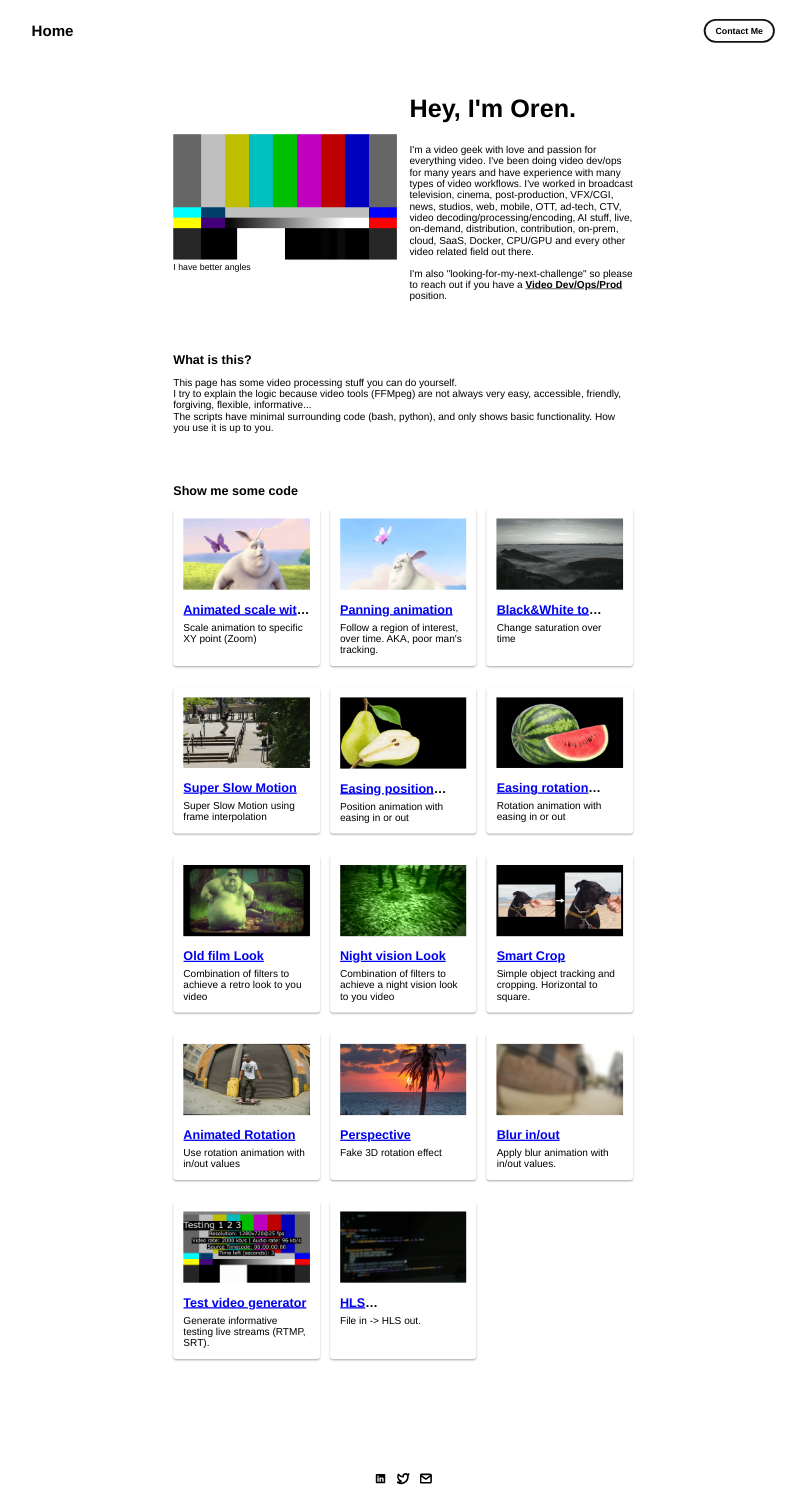
Repository: OrenShalmy/orenshalmy.github.io
Page: index.html
These files come from the project's save history. The page is drawn as it stood at one moment and after the next save; the edit follows.
The browser window is 1280 px wide. The pictures show the whole page, at 63% of full size.

Above is the page before, as saved 2024-09-30 23:04:38.

After the next save:
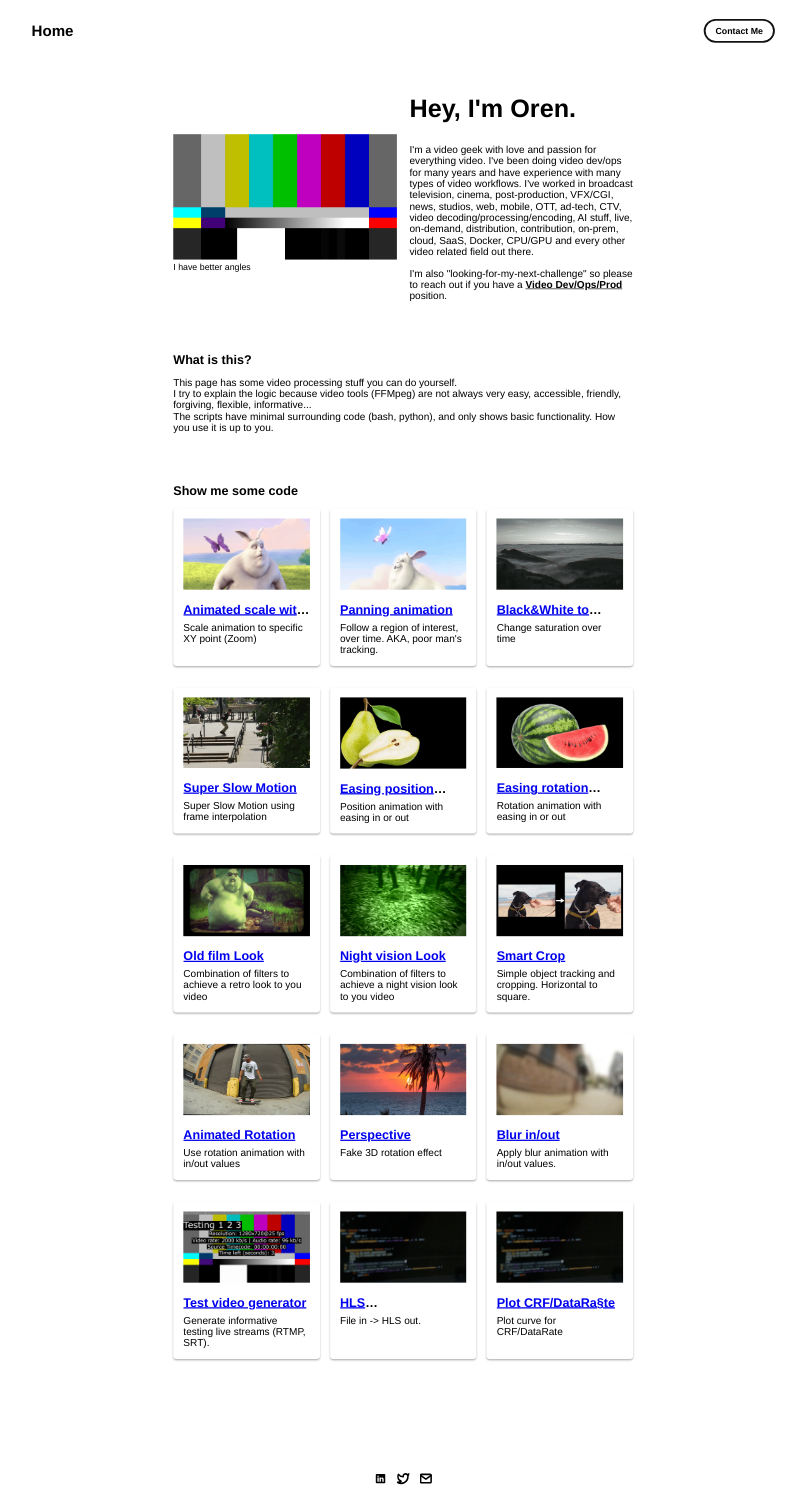
Saved 78 s later.
--- a/index.html
+++ b/index.html
@@ -252,6 +252,15 @@
             </div>
           </div>
 
+          <div class="project-card">
+            <img src="assets/media/hls.gif" />
+            <div class="project-card-text-container">
+              <div class="subheader-text project-title">
+                <a href="project-pages/hls.html">Plot CRF/DataRa§te</a>
+              </div>
+              <div class="body-text project-card-text">Plot curve for CRF/DataRate</div>
+            </div>
+          </div>
           <!-- <div class="project-card">
           <img src="assets/media/zoomscene.gif">
           <div class="project-card-text-container">
